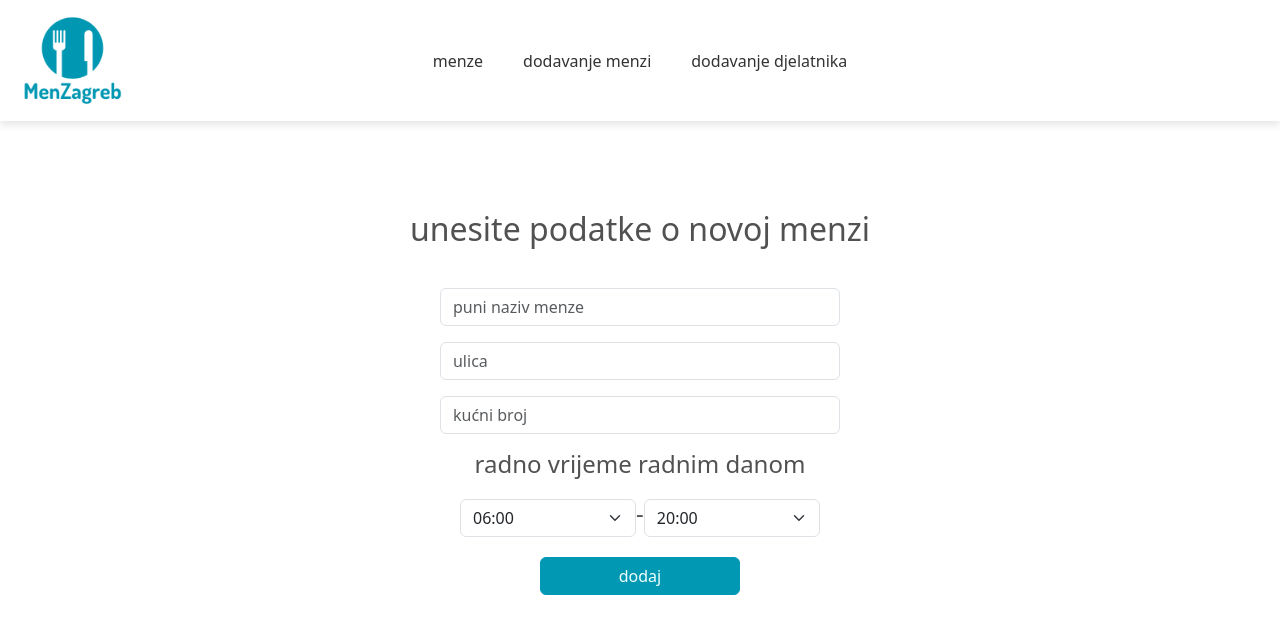
Repository: MENZG/menZg
Page: /admin/dodajMenzu (app in IzvorniKod/)
The author's editor kept a copy of each file at every save. The page is drawn from the files as they stood at one save, then again after the next save.
The browser window is 1280 px wide. The pictures show the whole page.
The project was rebuilt for these pictures with package versions that can differ from the ones it lists, and the page was loaded fresh each time. Also part of the build but not shown: IzvorniKod/vite.config.ts, IzvorniKod/src/Components/LoginForm.tsx, IzvorniKod/src/Components/AdminLogin.tsx, IzvorniKod/src/Components/EmployeeLogin.tsx, IzvorniKod/src/Components/NavBar.tsx, IzvorniKod/src/Components/ListaMenza.tsx, IzvorniKod/src/Components/Profil.tsx, IzvorniKod/src/Components/ListaEmployees.tsx and 6 more.

Above is the page before, as saved 2024-11-07 14:30:32.

After the next save:
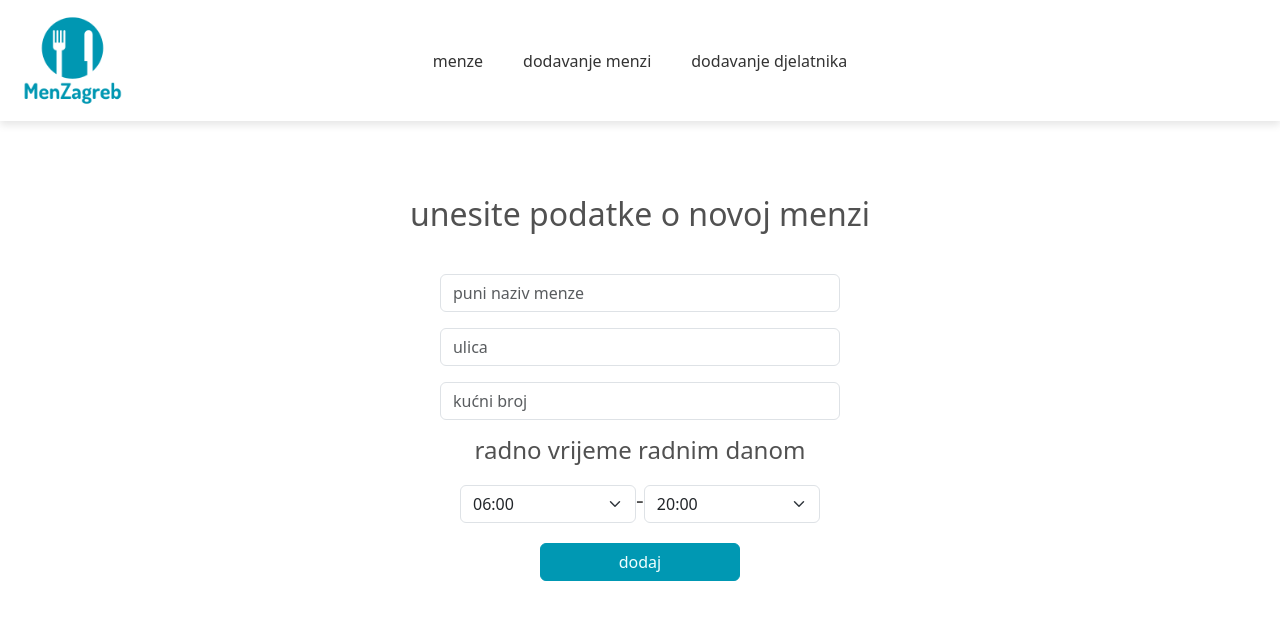
Saved 5 s later.
--- a/IzvorniKod/src/styles/AddMenza.css
+++ b/IzvorniKod/src/styles/AddMenza.css
@@ -4,7 +4,7 @@
     align-items: center; /* Centers the children horizontally */
     justify-content: center; /* Centers the children vertically, if needed */
     text-align: center;
-    padding-top: 14vh;
+    padding-top: 10vh;
 }
 
 .h2{
